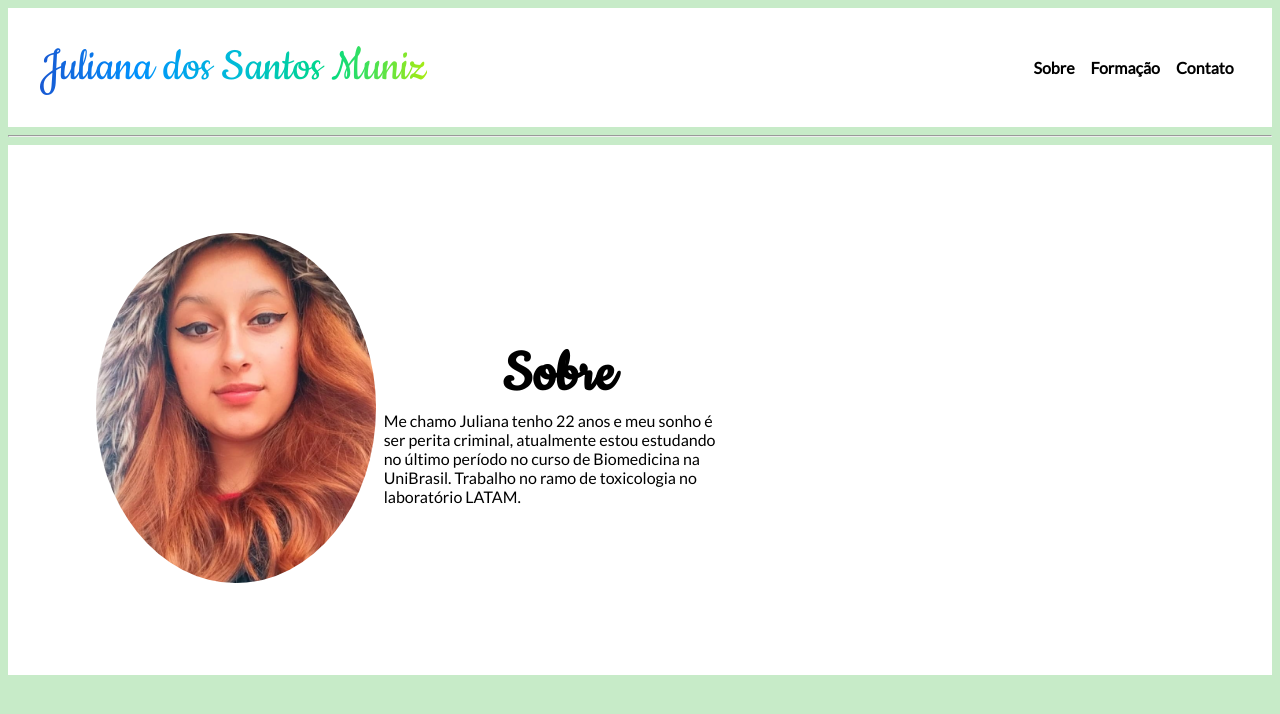
Repository: joaovnogueira/Portfolio-Juliana
Page: index.html
An editor plug-in stored every save of this project. The page is shown before and after the next save, followed by the edit.
The browser window is 1280 px wide. The pictures show the whole page.

Above is the page before, as saved 2022-06-14 16:15:45.

After the next save:
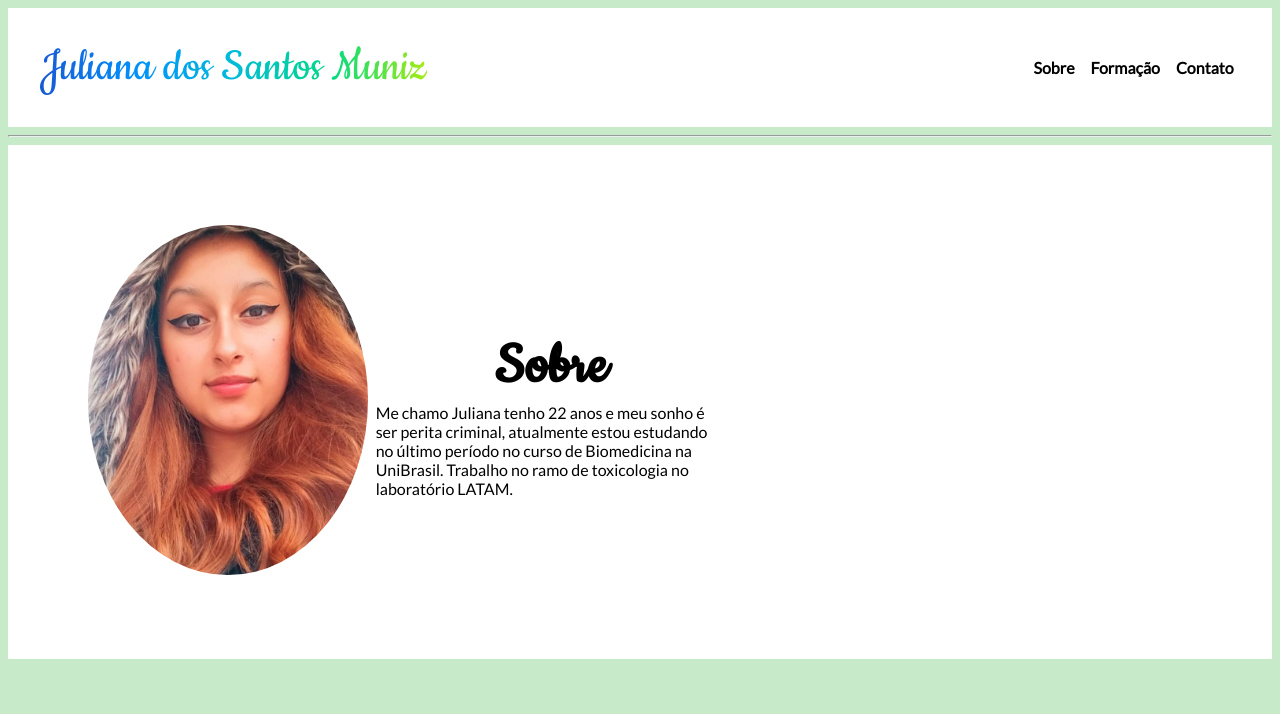
Saved 6 s later.
--- a/styles.css
+++ b/styles.css
@@ -52,7 +52,7 @@ hr{
 
 .foto{
     align-items: center;
-    margin: .5rem;
+    margin-right: .5rem;
 }
 
 .conteudo{
